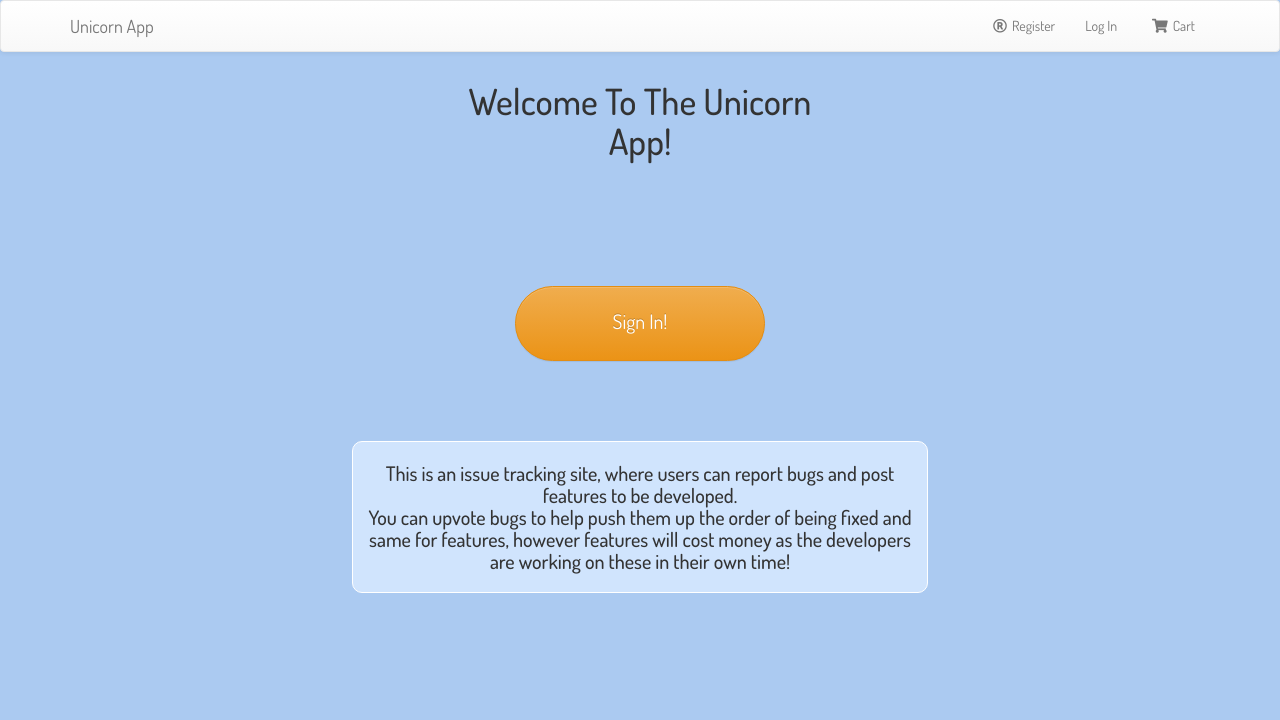
Repository: twdstudent/Project-5-Unicorn
Page: accounts/templates/index.html
The author's editor kept a record of every edit. The page is drawn from the files as they stood at one moment, then again after the next edit.
The browser window is 1280 px wide. The pictures show the whole page.
Some web fonts or font styles are not loaded; a fallback is used. Some web libraries are served in a nearby version. The template is drawn by Django 2.2. The application's start-up code is not run. The template is opened directly, without the code that normally fills it, so the values that code supplies are empty.

Above is the page before.

After the next edit:
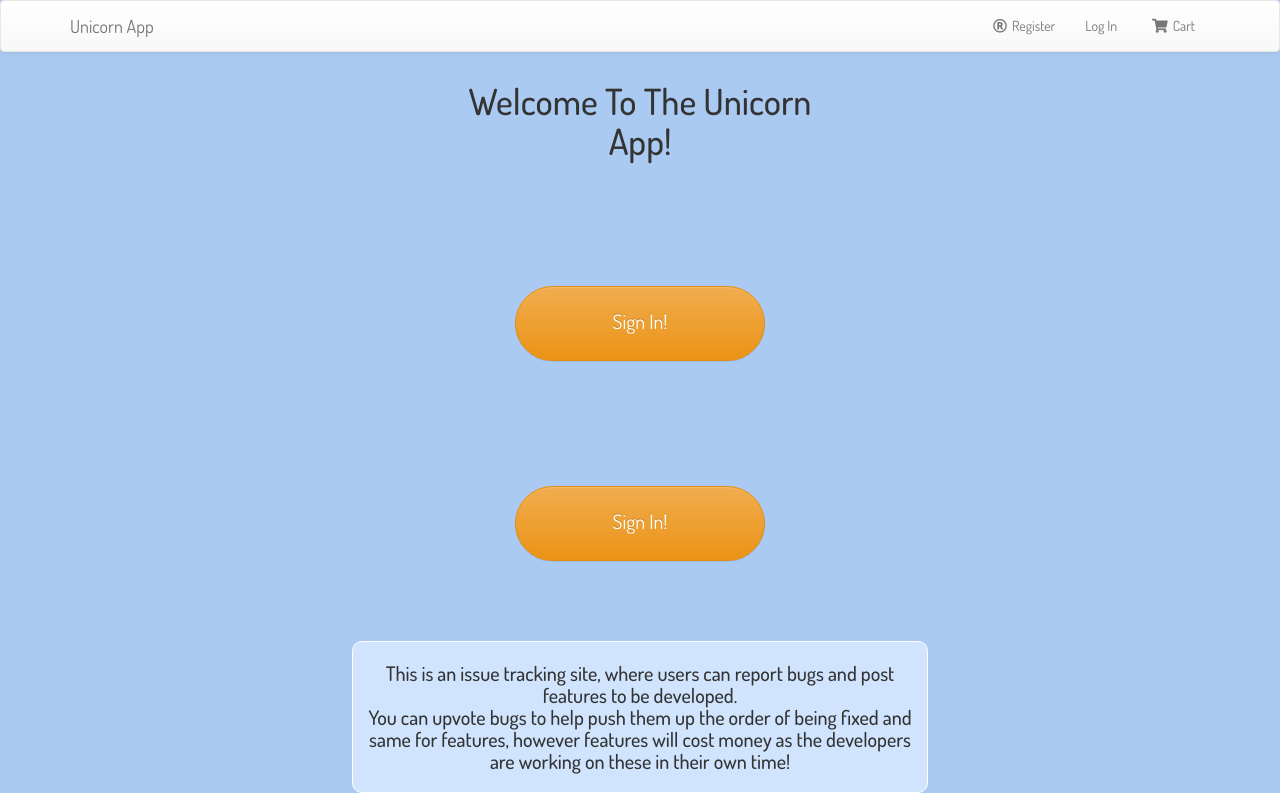
The edit:
--- a/accounts/templates/index.html
+++ b/accounts/templates/index.html
@@ -14,7 +14,11 @@
     </div>
 </div>
 {%  else %}
-
+<div class="button-container-index">
+    <div <div class="button-main-page">
+        <a href="{% url 'login' %}" class="btn-mod btn btn-warning">Sign In!</a>
+    </div>
+</div>
 {% endif %}
 
 <div class='site-info'>

After the 2 edits that followed:
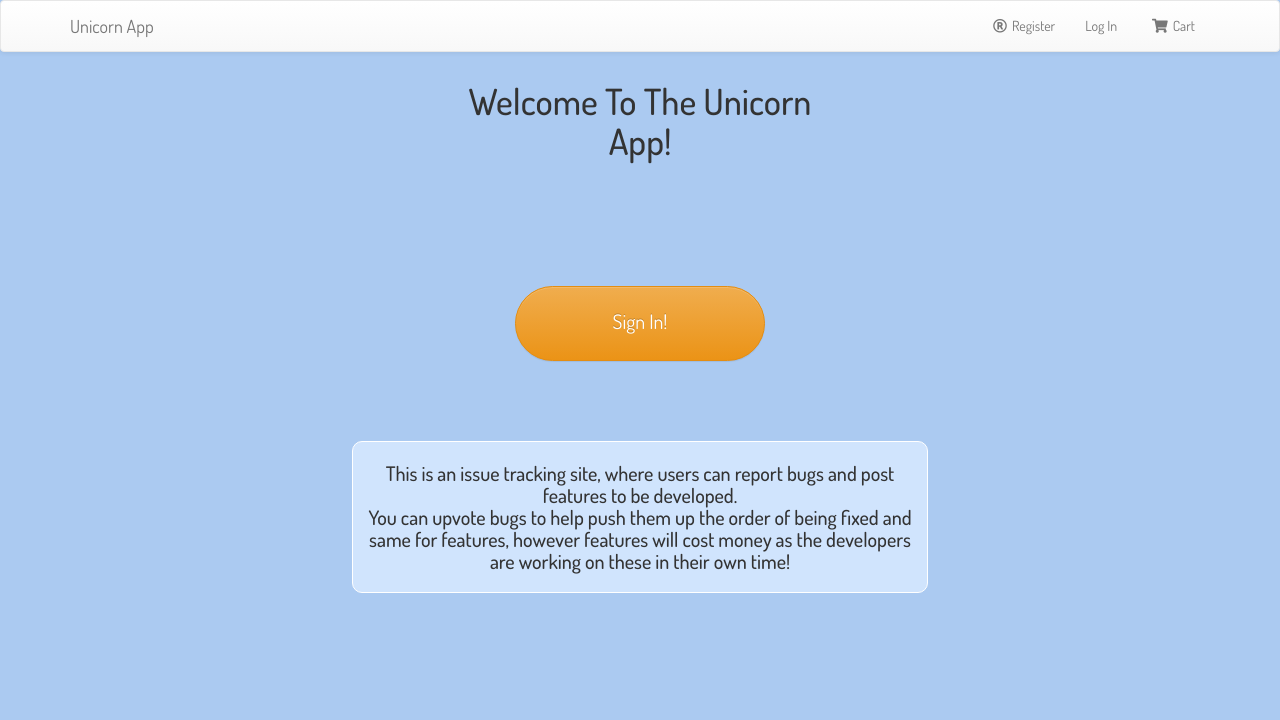
The 2 edits are shown as one change because 1 left the picture as it was.
The edit:
--- a/accounts/templates/index.html
+++ b/accounts/templates/index.html
@@ -10,15 +10,11 @@
 {% if user.is_authenticated %}
 <div class="button-container-index">
     <div <div class="button-main-page">
-        <a href="{% url 'login' %}" class="btn-mod btn btn-warning">Sign In!</a>
+        <a href="{% url 'logout' %}" class="btn-mod btn btn-danger">Sign Out</a>
     </div>
 </div>
 {%  else %}
-<div class="button-container-index">
-    <div <div class="button-main-page">
-        <a href="{% url 'login' %}" class="btn-mod btn btn-warning">Sign In!</a>
-    </div>
-</div>
+
 {% endif %}
 
 <div class='site-info'>
